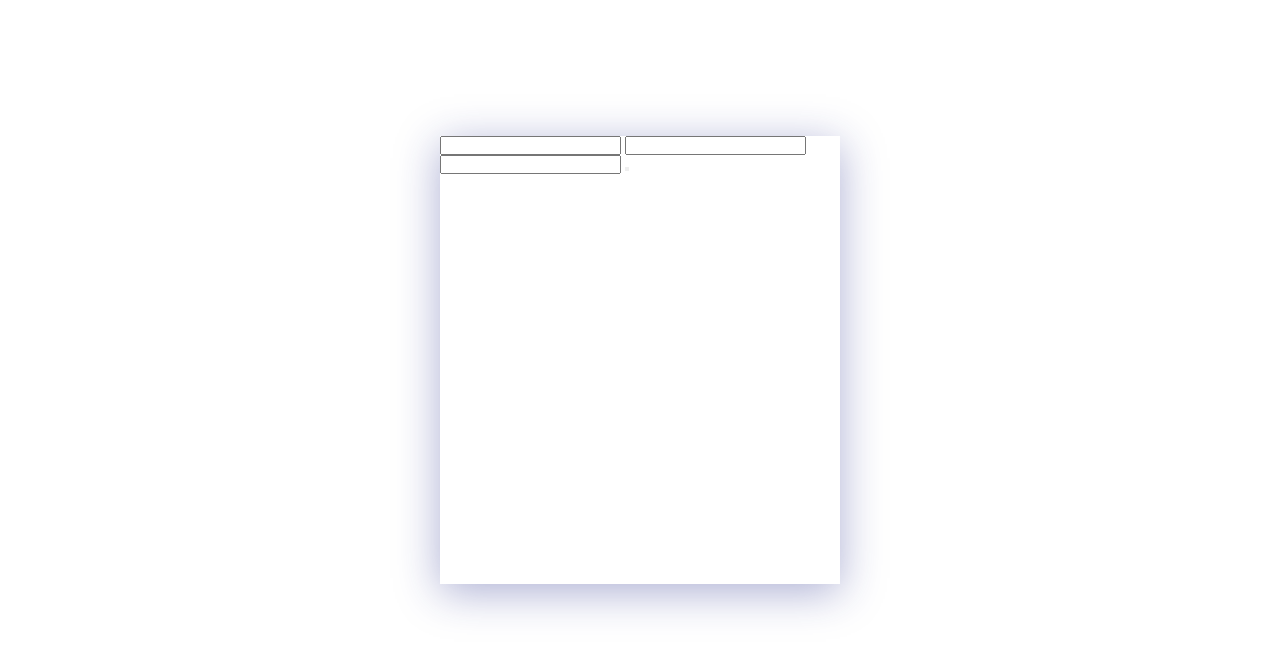
Repository: rkrukshan/Glass_Login_CSS
Page: login.html
An editor plug-in stored every save of this project. The page is shown before and after a run of saves, followed by the edit.
The browser window is 1280 px wide. The pictures show the whole page.

Above is the page before, as saved 2023-10-02 21:56:04.

### login.html
<!DOCTYPE html>
<html lang="en">
<head>
    <style>
    *
    {
        margin: 0;
        padding: 0;
        box-sizing: border-box;
        cursor: pointer;
    }
    body
    {
        height: 100vh;
        width: 100%;
        display: flex;
        justify-content: center;
        align-items: center;
    }
    form
    {
        width: 25rem;
        height: 28rem;
        flex-direction: column;
        background: rgba(255, 255, 255, 0.06);
        box-shadow: 0 8px 41px 0 rgba(31, 38, 135, .37);
        border-radius: ;
    }
    </style>
    <meta charset="UTF-8">
    <meta name="viewport" content="width=device-width, initial-scale=1.0">
    <title>Document</title>
</head>
<body>
    <form action="">
<label for=""></label>
        <input type="text">
<label for=""></label>
        <input type="text">
<label for=""></label>
        <input type="text">
        <button></button>
    </form>
</body>
</html>

After the next 2 saves:
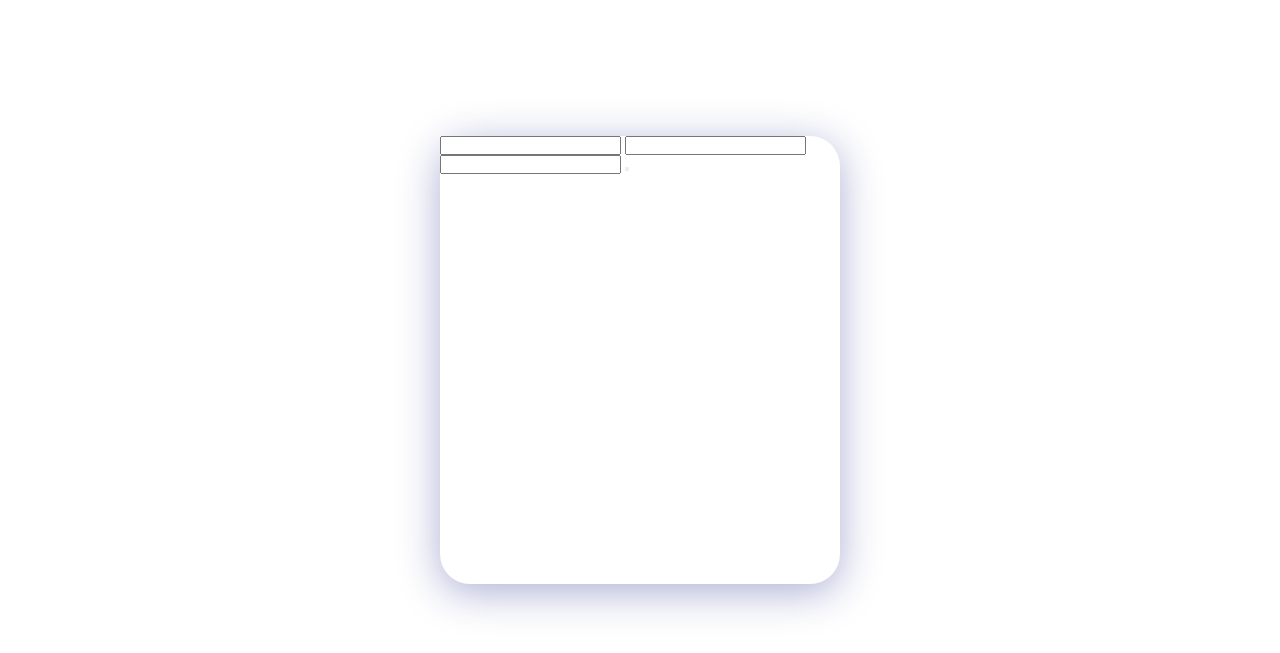
The 2 saves are shown as one change because they came seconds apart.
The last was saved 88 s later.
--- a/login.html
+++ b/login.html
@@ -24,7 +24,8 @@
         flex-direction: column;
         background: rgba(255, 255, 255, 0.06);
         box-shadow: 0 8px 41px 0 rgba(31, 38, 135, .37);
-        border-radius: ;
+        border-radius: 30px;
+
     }
     </style>
     <meta charset="UTF-8">

After the 2 saves that followed:
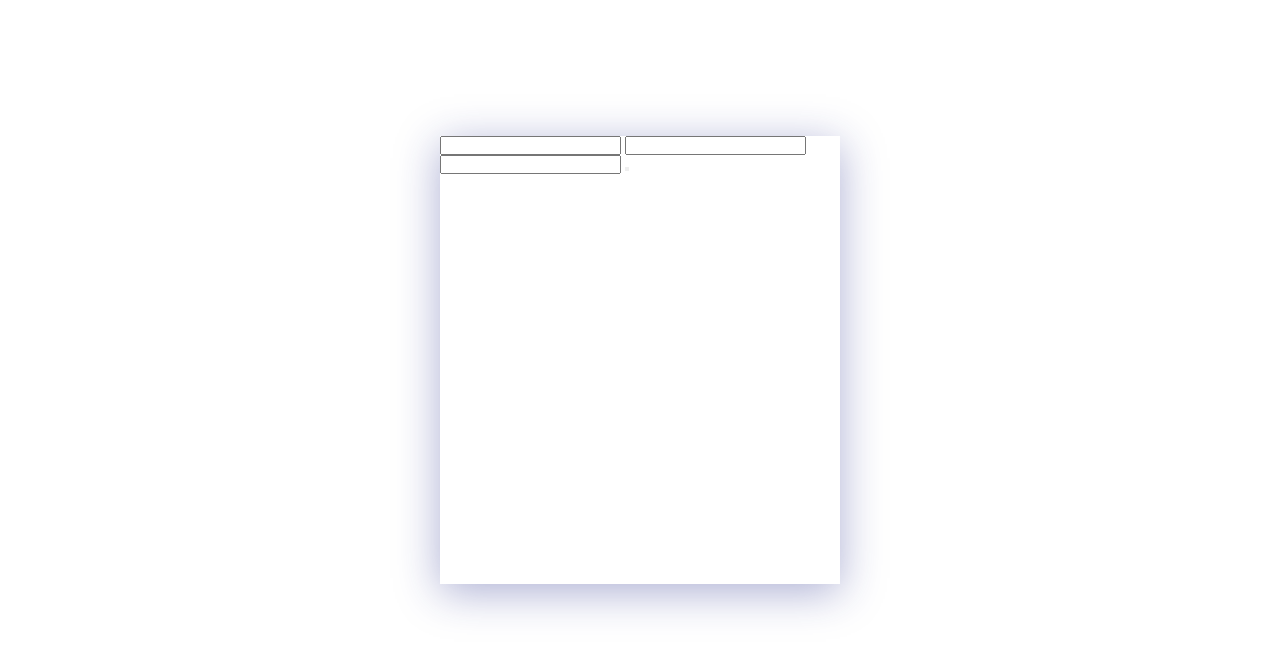
The 2 saves are shown as one change because they came seconds apart.
The last was saved 6 s later.
--- a/login.html
+++ b/login.html
@@ -24,8 +24,7 @@
         flex-direction: column;
         background: rgba(255, 255, 255, 0.06);
         box-shadow: 0 8px 41px 0 rgba(31, 38, 135, .37);
-        border-radius: 30px;
-
+        border-radius: ;
     }
     </style>
     <meta charset="UTF-8">
